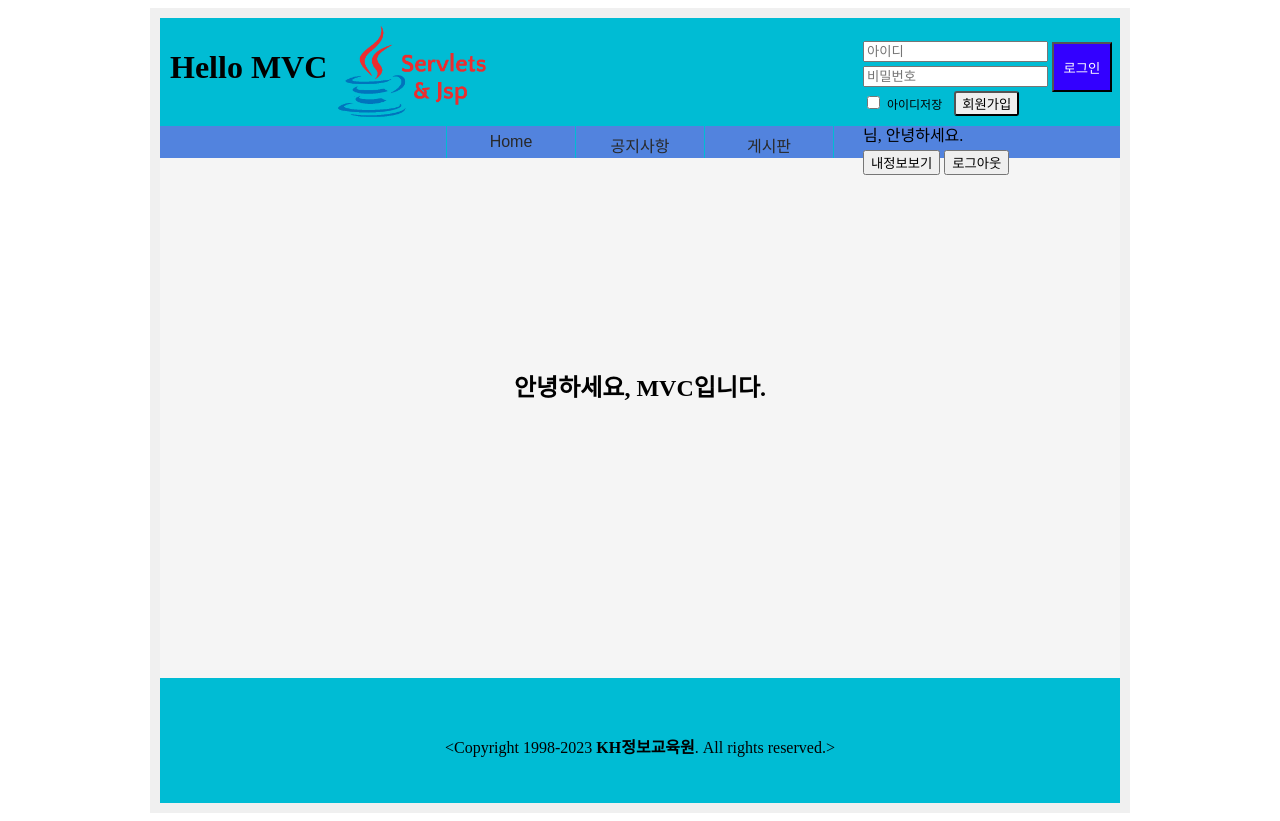
Repository: Sookyeong0505/web_server_workspace
Page: http://localhost/hello-mvc/
An editor plug-in stored every save of this project. The page is shown before and after the next save, followed by the edit.
The browser window is 1280 px wide. The pictures show the whole page.
The page is served by Tomcat 9.

Above is the page before, as saved 2023-06-21 07:23:17.
Console error: SyntaxError: Unexpected end of input

After the next save:
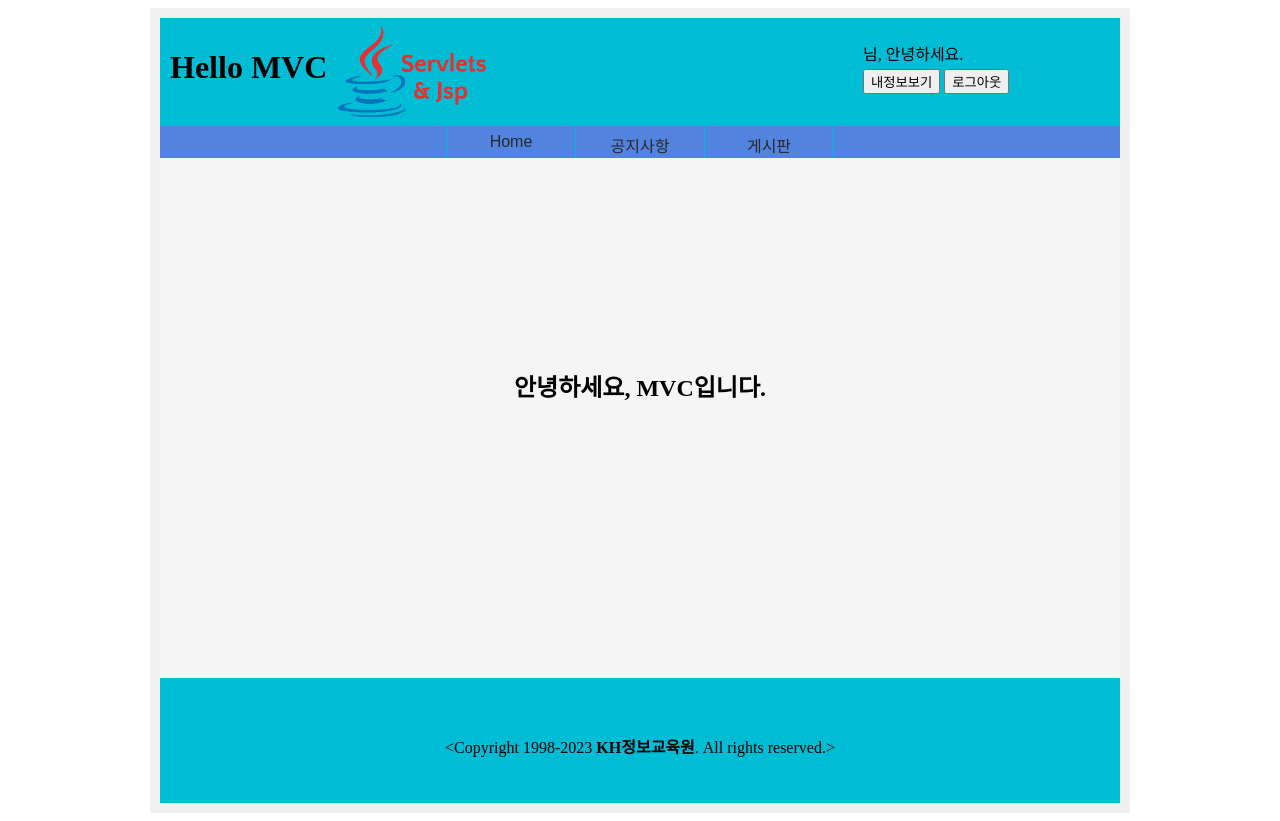
Saved 57 s later.
--- a/hello-mvc/src/main/webapp/WEB-INF/views/common/header.jsp
+++ b/hello-mvc/src/main/webapp/WEB-INF/views/common/header.jsp
@@ -44,9 +44,8 @@
 		<header>
 			<h1>Hello MVC</h1>
 			<div class="login-container">
+
 			<% if(loginMember!= null) { %>
-			<% } %>
-
                 <!-- 로그인폼 시작 -->
                 <form id="loginFrm"
                 name="loginFrm"
@@ -71,7 +70,7 @@
                     </table>
                 </form>
                 <!-- 로그인폼 끝-->
-
+            <% } else { %>
                 <!-- 로그인 사용자 정보 시작 -->
 	            <table id="login">
 		            <tr>
@@ -85,7 +84,7 @@
 		            </tr>
 		        </table>
                 <!-- 로그인 사용자 정보 끝 -->
-
+			<% } %>
 
             </div>
 
